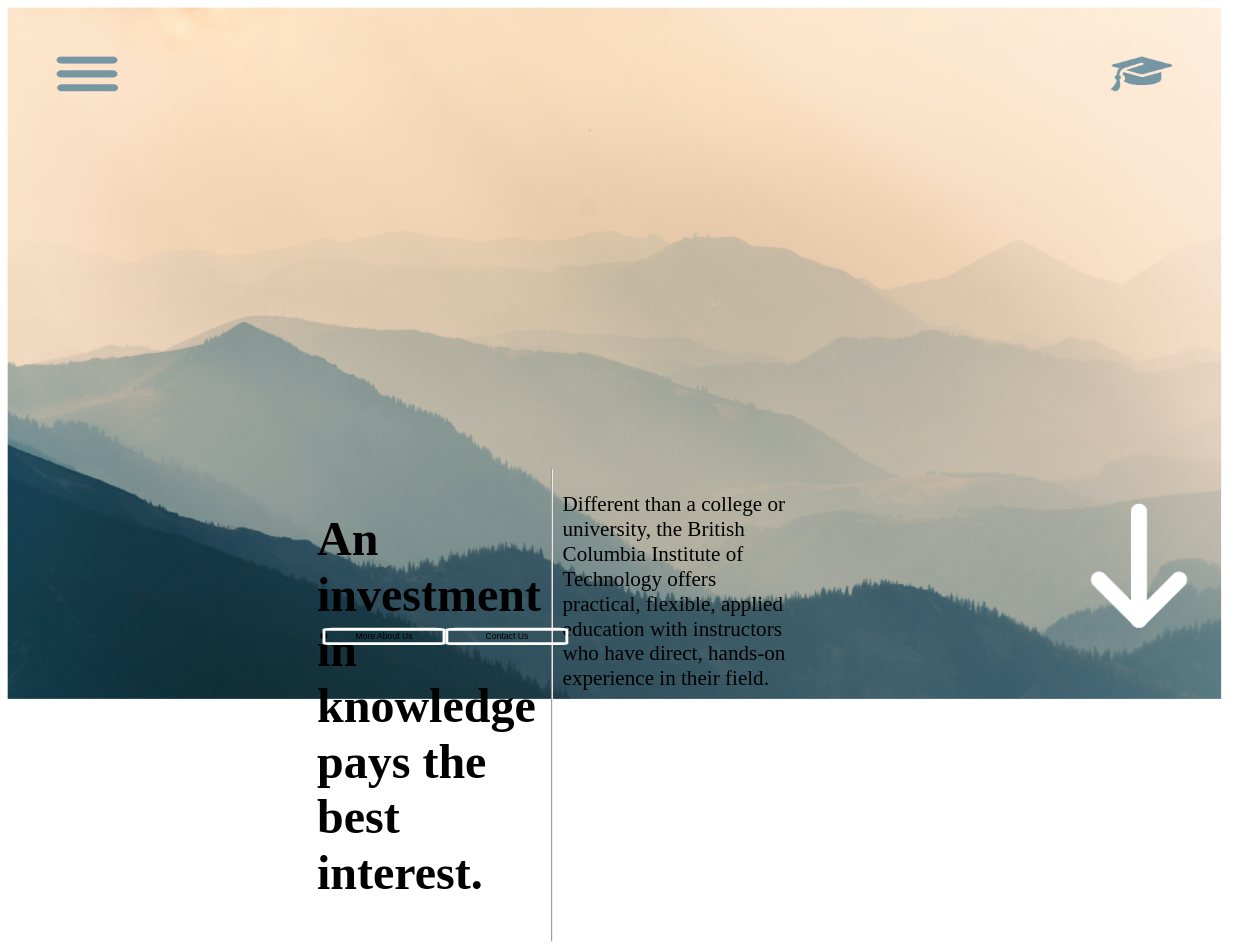
Repository: sierralaurent/MDIA2109-Assignment01
Page: /
These files come from the project's save history. The page is drawn as it stood at one moment and after the next save; the edit follows.
The browser window is 1280 px wide. The page is 1280 px wide, then 1309 px, so the pictures cover 1309 px, including what lies to the right of the window. The pictures show the whole page, at 96% of full size.
The project was rebuilt for these pictures with package versions that can differ from the ones it lists, and the page was loaded fresh each time. The framework's server and built-in components were replaced by stand-ins that run in the browser. Also part of the build but not shown: next.config.js.

Above is the page before, as saved 2023-02-05 12:23:32.

### pages/index.js
import Head from 'next/head'
import Image from 'next/image'
import { Inter } from '@next/font/google'
import styles from '@/styles/Home.module.css'
import Link from 'next/link'


const inter = Inter({ subsets: ['latin'] })

export default function Home() {
  return (
    <>
    <nav>
      <Head>
        <title>Home</title>
        <meta name="author" content="MDIA 2109" />
        <meta property="og:title" content="Assignment #1 - Home Page" />
        <meta property="og:description" content="BCIT Digital Design and Development Diploma" />
        <link rel="icon" href="/favicon.png" />
        </Head>
        <main className={styles.main} >
          <div className={styles.nav}>
            <img src="icons/menu-icon.png" className={styles.icon1}/>
            <img src="icons/graduation-hat.png" className={styles.icon2}/>
          </div>
          <div className={styles.middle}>
            <div className={styles.intro}>
            <h1>An investment in knowledge pays the best interest.</h1>
            <hr></hr>
            <p className={styles.p}>Different than a college or university, the British Columbia Institute of Technology offers practical, flexible, applied education with instructors who have direct, hands-on experience in their field.</p>
            </div>
            <div className={styles.buttons}>
            <Link href="/about">
          <button className={styles.butt}>More About Us</button>
        </Link>
        <Link href="/contact">
        <button className={styles.butt}>Contact Us</button>
        </Link>
            </div>
            </div>
          <div className={styles.bottom}>
            <a href="/about">
              <span className={styles.icon3}>
                <img src="icons/downwardArrow.png"/>
              </span>
            </a>
          </div>
        </main>
    </nav>
    </>
  )
}

### styles/Home.module.css
.main {
  background-image: url('../public/background-images/backgroundMountain.jpg');
  background-size: cover;
  height: 100vh;
}

.nav {
  padding: 4%;
}

.intro {
  display: flex;


}

.buttons {
  position: absolute;
  bottom: 6rem;
  left: 1rem;
}

.butt {
  border: 3px solid white;
  border-radius: 8%;
  background-color: transparent;
  width: 10vw;
  height: 2.5vh;
  max-width: 15vw;
  max-height: 5vh;
  font-size: 1.25vh;

}

.butt:hover {
  background-color: white;
  color: black;
}

.intro h1 {
  font-size: 50px;
  padding: 2%;
}
.p {
  font-size: 22px;
  padding: 2%;
}

.middle {
  position: absolute;
  height: 40vh;
  width: 40vw;
  max-width: 40vw;
  max-height: 40vh;
  top: 30rem;
  left: 20rem;
}

.icon1 {
  width: 5vw;
  height: 5vh;
  float: left;
}

.icon2 {
  width: 5vw;
  height: 5vh;
  float: right;
}

.icon3 {
  width: 5vw;
  height: 5vh;
  float: right;
}

.bottom {
  position: absolute;
  bottom: 10rem;
  right: 5rem;
}

/* Desktop */
@media only screen and (min-width: 1000px) {

}


/* Tablet or iPad Air */
@media only screen and (min-width: 600px) and (max-width: 999px ) {

}

/* Mobile or iPhone XR */
@media only screen and (max-width: 599px ) {

}

Loaded but not shown: pages/_document.js (common file); pages/api/hello.js (common file)

After the next save:
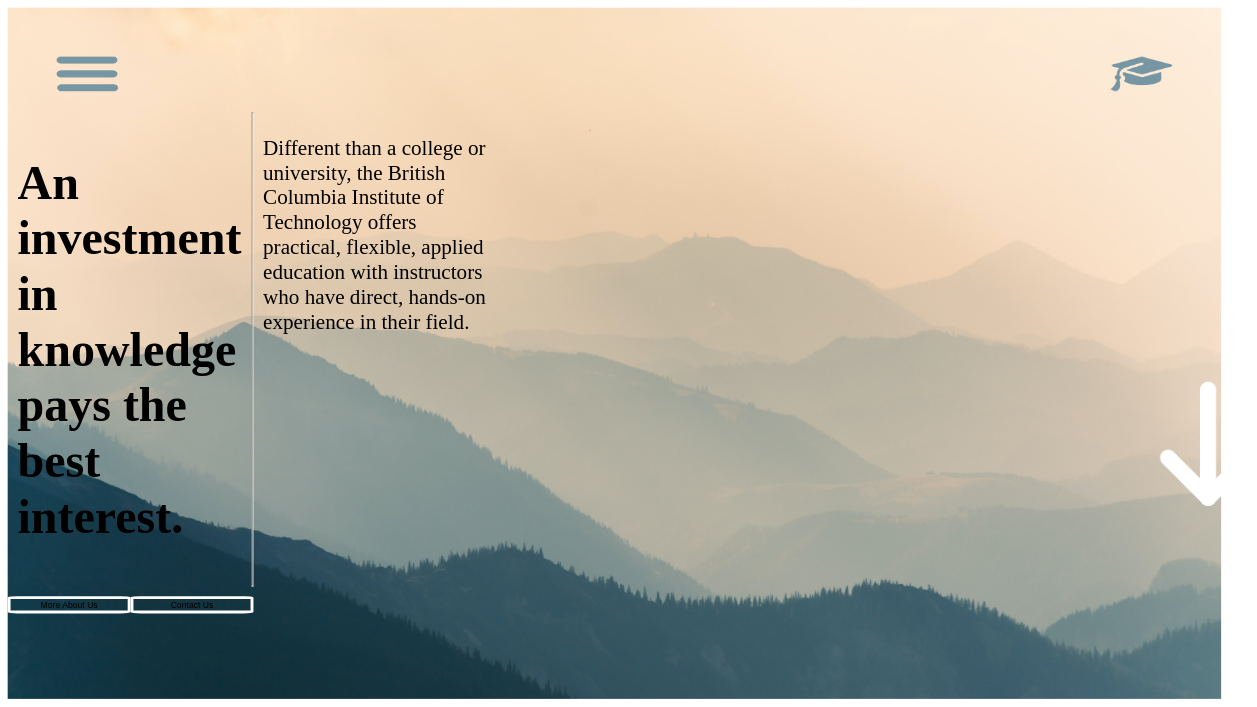
Saved 5 min 36 s later.
--- a/styles/Home.module.css
+++ b/styles/Home.module.css
@@ -15,7 +15,7 @@
 }
 
 .buttons {
-  position: absolute;
+
   bottom: 6rem;
   left: 1rem;
 }
@@ -47,7 +47,7 @@
 }
 
 .middle {
-  position: absolute;
+
   height: 40vh;
   width: 40vw;
   max-width: 40vw;
@@ -75,7 +75,7 @@
 }
 
 .bottom {
-  position: absolute;
+
   bottom: 10rem;
   right: 5rem;
 }
